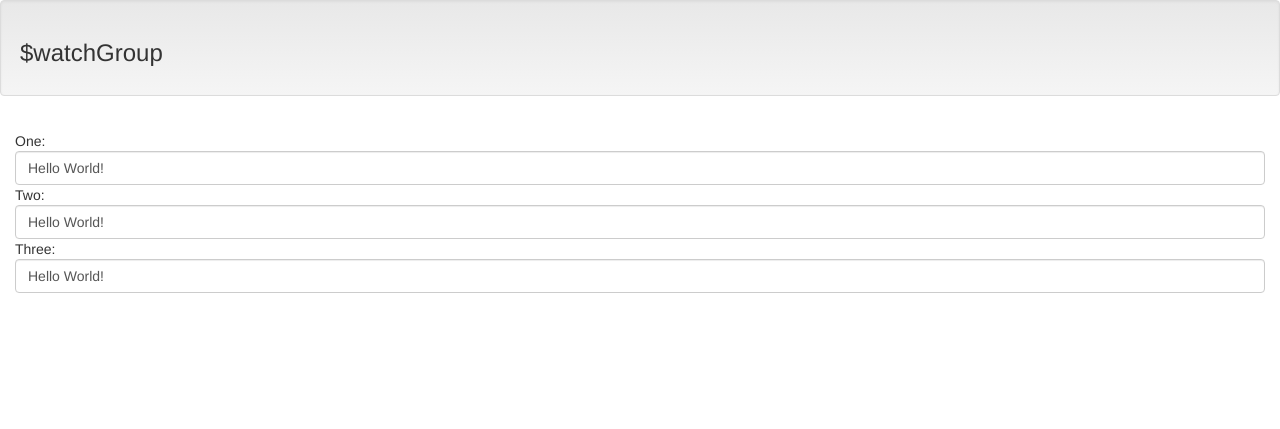
Repository: chisun-joung/workplace
Page: angularJS/WebContent/Chap13_Controller/S03_WatchGroup.html
An editor plug-in stored every save of this project. The page is shown before and after the next save, followed by the edit.
The browser window is 1280 px wide. The pictures show the whole page.
Some web libraries are served in a nearby version.

Above is the page before, as saved 2016-11-29 02:47:16.

After the next save:
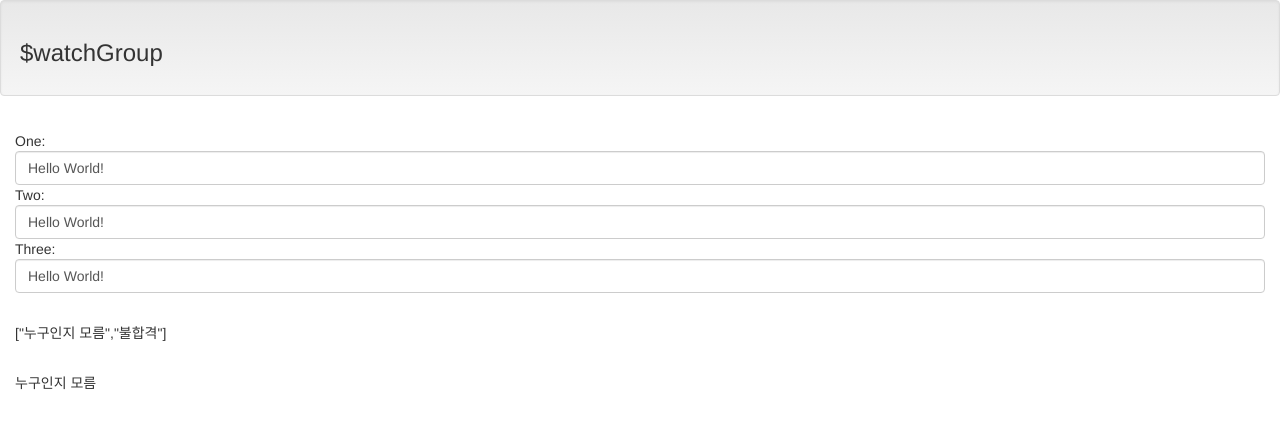
Saved 79 min 37 s later.
--- a/angularJS/WebContent/Chap13_Controller/S03_WatchGroup.html
+++ b/angularJS/WebContent/Chap13_Controller/S03_WatchGroup.html
@@ -7,6 +7,8 @@
 	<link href="bootstrap.css" rel="stylesheet" />
 	<link href="bootstrap-theme.css" rel="stylesheet" />
 	<script type="text/javascript">
+
+		// 1.3에서 추가된 기능
 		app = angular.module('app', []);
 		app.controller('main', ['$scope', function($scope) {
 			$scope.one = 'Hello World!';
@@ -15,24 +17,27 @@
 			$scope.result = '';
 
 			$scope.$watchGroup([
-				function(scope) {
-					if(scope.two == 'Hong') {
-						return 'HongGilDong'
-					} else {
-						return 'dont Know'
-					}
-				},
-				function(scope) {
-					if(scope.one >= 90) {
-						return 'Pass'
-					} else {
-						return 'Fail'
-					}
-				}
+			    // 감시할 변수 1개당 1개의 익명함수를 기술
+			    // 결과 배열에는 기술한 함수의 순서대로 값이 저장된다.
+			    function(scope){
+			    	if($scope.two == 'Hong'){
+			    		return "홍길동"
+			    	}else{
+			    		return "누구인지 모름";
+			    	}
+			    },
+				function(scope){
+			    	if(scope.one >= 90){
+			    		return "합격"
+			    	}else{
+			    		return "불합격";
+			    	}
+			    }
+			], function(nv, ov, scope){
+				console.log(nv)
+				$scope.result = nv;
+			})
 
-			], function(nv, ov, scope){
-			   console.log(nv)
-			})
 		}]);
 
 	</script>
@@ -52,5 +57,9 @@
 	<div class="panel-body">
 		<span>{{result}}</span>
 	</div>
+
+	<div class="panel-body">
+		<span>{{result[0]}}</span>
+	</div>
 </body>
 </html>
